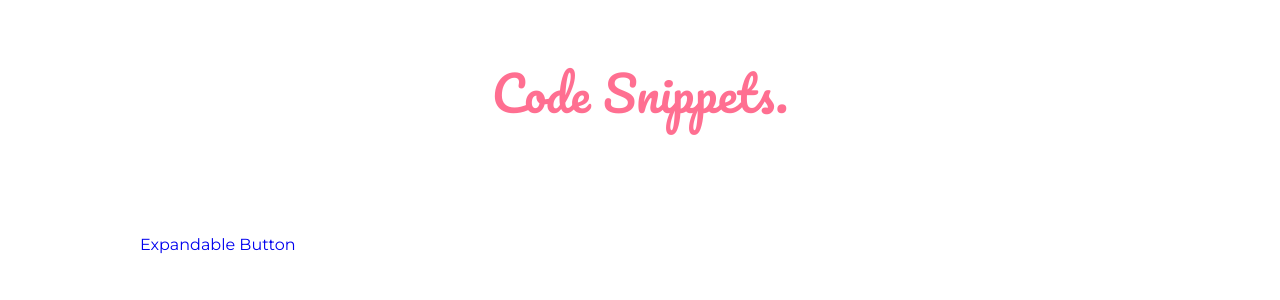
Repository: vikatgen/code-snippets
Page: index.html
These files come from the project's save history. The page is drawn as it stood at one moment and after a run of saves; the edit follows.
The browser window is 1280 px wide. The pictures show the whole page.
The style sheet was rebuilt from its Sass, Less or Tailwind sources for each picture, by a compiler version that may differ from the author's.

Above is the page before, as saved 2020-03-30 22:40:25.

After the next 2 saves:
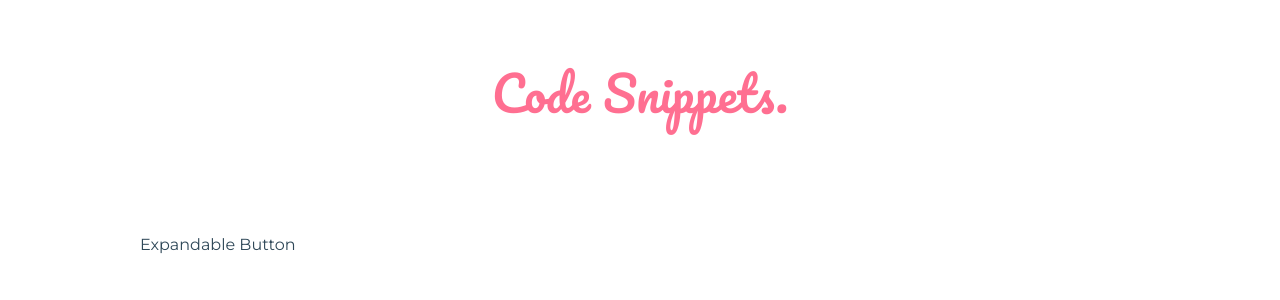
The 2 saves are shown as one change because 1 did not build or start.
The last was saved 59 s later.
--- a/main.scss
+++ b/main.scss
@@ -2,6 +2,7 @@
 
 $heading: "Pacifico", cursive;
 $ff-normal: "Montserrat", sans-serif;
+$text-color: #2f4858;
 $heading-color: #ff6f91;
 
 .container {
@@ -13,6 +14,7 @@ $heading-color: #ff6f91;
 a {
   text-decoration: none;
   font-family: $ff-normal;
+  color: $text-color;
 }
 
 .header-wrapper {
